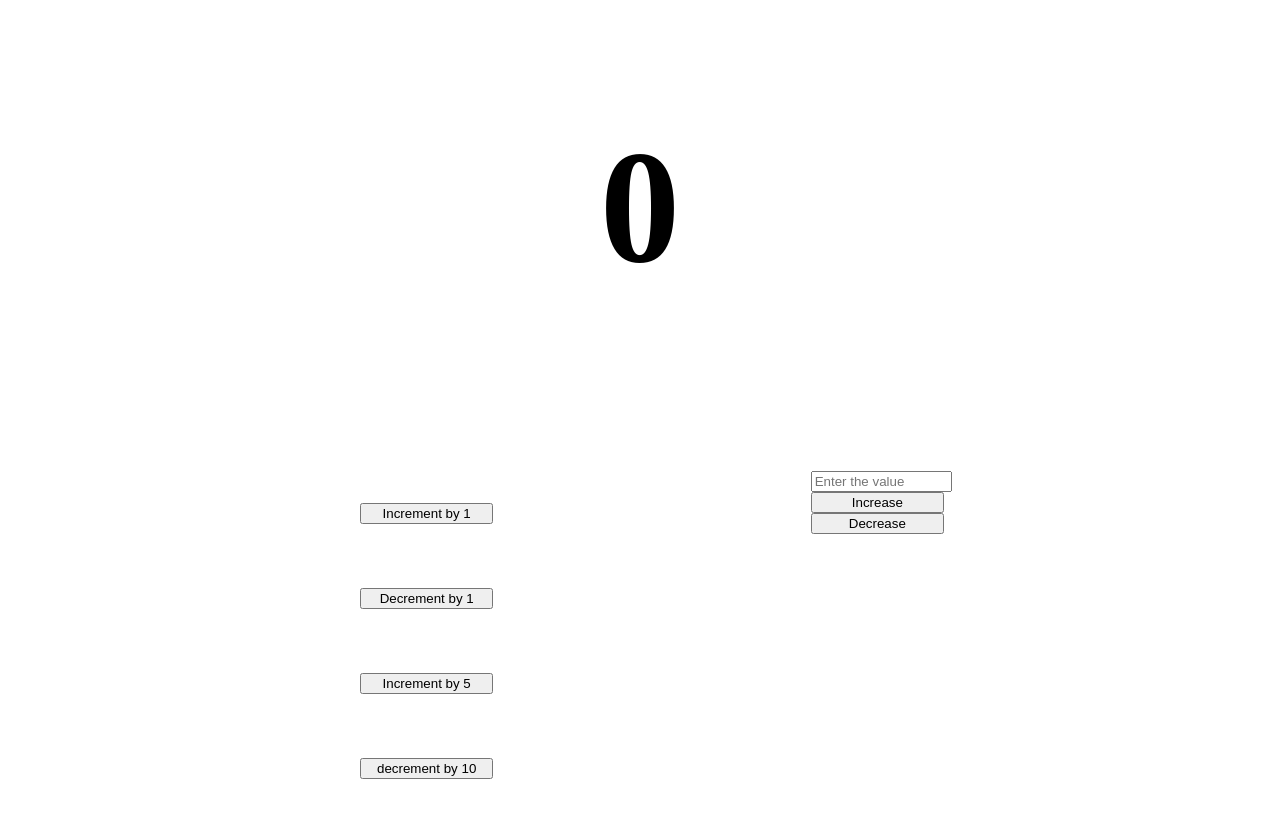
Repository: drumsmanku/micro-project-2
Page: index.html
An editor plug-in stored every save of this project. The page is shown before and after the next save, followed by the edit.
The browser window is 1280 px wide. The pictures show the whole page.

Above is the page before, as saved 2023-04-07 19:43:01.

After the next save:
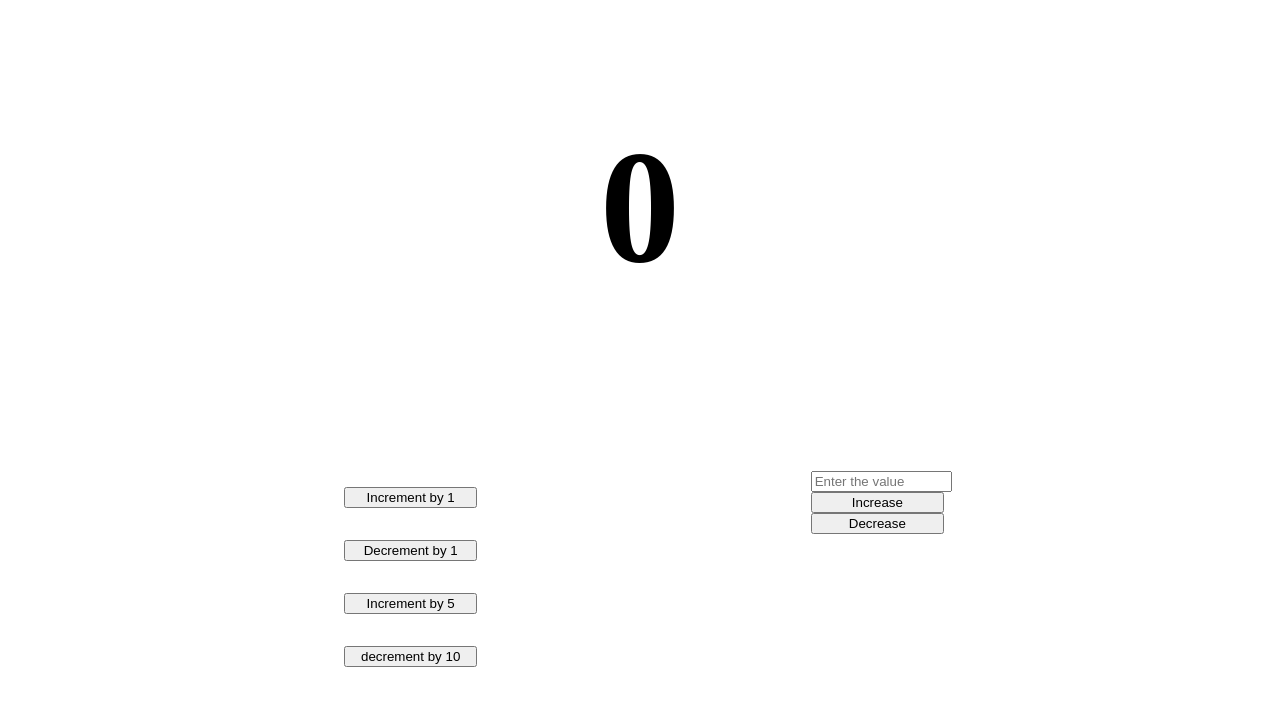
Saved 6 s later.
--- a/style.css
+++ b/style.css
@@ -25,7 +25,7 @@
 
 .second-first-part button{
   width: 10em;
-  margin: 2rem;
+  margin: 1rem;
 }
 
 .second-second-part{
